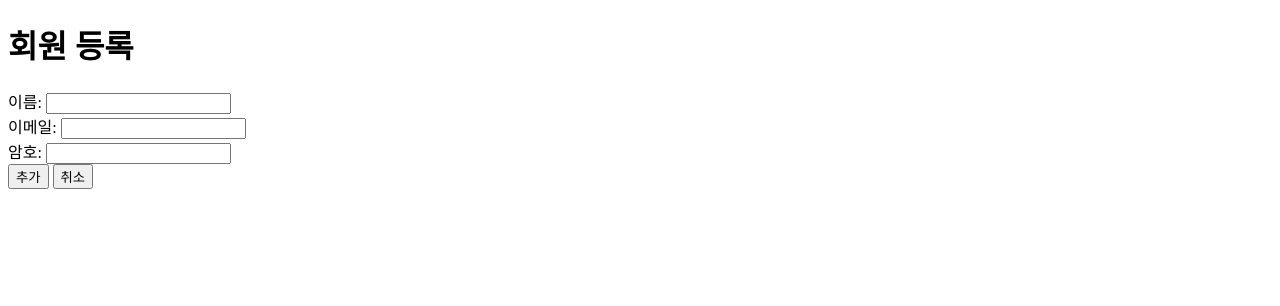
Repository: junyoung4213/JSP
Page: http://localhost/_32_MVC_EL/member/add
These files come from the project's save history. The page is drawn as it stood at one moment and after the next save; the edit follows.
The browser window is 1280 px wide. The pictures show the whole page.
The page is served by Tomcat 9.

Above is the page before, as saved 2020-04-14 07:06:54.

After the next save:
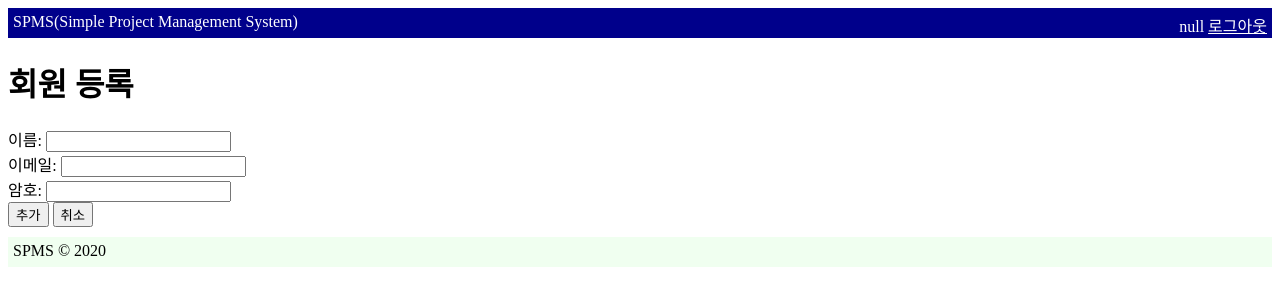
Saved 41 s later.
--- a/Servlet_JSP/lecture/_32_MVC_EL/WebContent/member/MemberForm.jsp
+++ b/Servlet_JSP/lecture/_32_MVC_EL/WebContent/member/MemberForm.jsp
@@ -3,9 +3,10 @@
 <html>
 <head>
 <meta charset="UTF-8">
-<title>회원등록</title>
+<title>회원 등록</title>
 </head>
 <body>
+	<jsp:include page="/Header.jsp" />
 	<h1>회원 등록</h1>
 	<form action='add' method='post'>
 		이름:
@@ -20,6 +21,6 @@
 		<input type='submit' value='추가'>
 		<input type='reset' value='취소'>
 	</form>
-
+	<jsp:include page="/Tail.jsp" />
 </body>
 </html>
